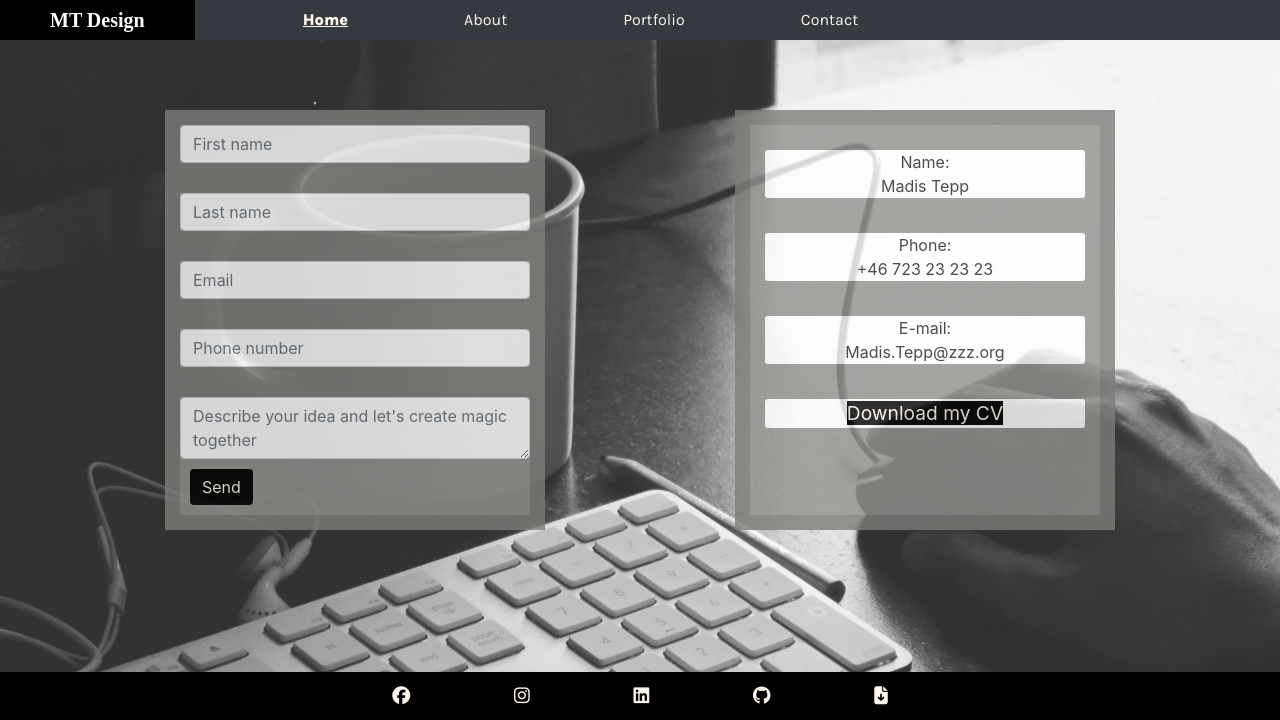
Repository: teppm/personal-portfolio
Page: contact.html
The author's editor kept a record of every edit. The page is drawn from the files as they stood at one moment, then again after the next edit.
The browser window is 1280 px wide. The pictures show the whole page.
Some web libraries are served in a nearby version.

Above is the page before.

### contact.html
<!DOCTYPE html>
<html lang="en">

<head>
    <meta charset="UTF-8">
    <meta name="viewport" content="width=device-width, initial-scale=1.0, shrink-to-fit=no">
    <meta http-equiv="X-UA-Compatible" content="ie=edge">
    <link rel="stylesheet " href="https://stackpath.bootstrapcdn.com/bootstrap/4.3.1/css/bootstrap.min.css" integrity="sha384-ggOyR0iXCbMQv3Xipma34MD+dH/1fQ784/j6cY/iJTQUOhcWr7x9JvoRxT2MZw1T" crossorigin="anonymous">
    <link href="https://fonts.googleapis.com/css?family=Karla:200,200i,400,400i,700,700i,800,800i&display=swap" rel="stylesheet">
    <link rel="stylesheet" href="assets/css/style.css" type="text/css" />
    <title>Madis Tepp</title>
</head>


<body>

<!--navbar-->

<nav class="navbar navbar-expand-lg fixed-top navbar-dark bg-dark">
    <a class="navbar-brand" href="index.html">MT Design</a>
    <button class="navbar-toggler" type="button" data-toggle="collapse" data-target="#navbarSupportedContent" aria-controls="navbarSupportedContent" aria-expanded="false" aria-label="Toggle navigation">
    <span class="navbar-toggler-icon"></span>
    </button>

    <div class="collapse navbar-collapse" id="navbarSupportedContent">
        <ul class="navbar-nav mr-auto">
            <li class="nav-item  active">
                <a class="nav-link" href="index.html">Home<span class="sr-only">(current)</span></a>
            </li>
            <li class="nav-item ">
                <a class="nav-link" href="aboutme.html">About</a>
            </li>
            <li class="nav-item">
                <a class="nav-link" href="portfolio.html">Portfolio</a>
            </li>
            <li class="nav-item">
                <a class="nav-link" href="contact.html">Contact</a>
            </li>
        </ul>
    </div>
</nav>

<!--navbar end-->
<main>
    <div class="container">
        <div class="row justify-content-around">


            <!--contact form-->


            <div class="col-lg-4 col-sm-12 form-style">
                <form>
                    <div class="contact-page-style">
                        <input type="text" class="form-control" placeholder="First name" required>
                    </div>
                    <div class="contact-page-style">
                        <input type="text" class="form-control" placeholder="Last name" required>
                    </div>
                    <div class="contact-page-style">

                        <input type="email" class="form-control" placeholder="Email" required>
                    </div>
                    <div class="contact-page-style">
                        <input type="tel" class="form-control" placeholder="Phone number" required>
                    </div>
                    <div class="contact-page-style">
                        <textarea class="form-control" placeholder="Describe your idea and let's create magic together" required></textarea>
                        <button class="btn btn-primary" type="submit">Send</button>
                    </div>
                </form>
            </div>

            <!--contact form end-->


            <!--contact details-->

            <div class="col-lg-4 col-sm-12 contact-page-style contact-details-style">
                <ul class="contact-list">
                        <li class="contact-details">Name: <br>Madis Tepp</li>

                    <div class="contact-details">
                        <li>Phone:</li>
                        <li>+46 723 23 23 23</li>
                    </div>
                    <div class="contact-details">
                        <li>E-mail:</li>
                        <li>Madis.Tepp@zzz.org</li>
                    </div>
                    <div class="contact-details">
                        <a href="assets/images/Madis_Tepp_CV_2019.docx" target="_blank" class="download-resume">Download my CV</a>
                    </div>
                </ul>
            </div>

            <!--contact details end-->

        </div>
    </div>
</main>

<!--footer section starts here-->


    <footer class="footer fixed-bottom container-fluid">
        <a href="https://www.facebook.com/madis.tepp" target="_blank" title="Visit my Facebook pages"><i class="fab fa-facebook social-links"></i></a>
        <span class="sr-only ">Facebook</span>
        <a href="https://www.instagram.com/teppm/" target="_blank" title="Visit my Instagram account"><i class="fab fa-instagram social-links"></i></a>
        <span class="sr-only ">Instagram</span>
        <a href="https://www.linkedin.com/in/madis-tepp-1a0283b1/" target="_blank" title="Visit my Linkedin account"><i class="fab fa-linkedin social-links"></i></a>
        <span class="sr-only ">Linkedin</span>
        <a href="https://github.com/teppm " target="_blank" title="Visit my GitHub account"><i class="fab fa-github social-links"></i></a>
        <span class="sr-only ">GitHub</span>
        <a href="assets/images/Madis_Tepp_CV_2019.docx" target="_blank" title="Download my resume"><i class="fas fa-file-download social-links"></i></a>
        <span class="sr-only">Resume</span>
    </footer>


<!--footer section ends-->


<!--scrips-->

    <script src="https://code.jquery.com/jquery-3.2.1.slim.min.js" integrity="sha384-KJ3o2DKtIkvYIK3UENzmM7KCkRr/rE9/Qpg6aAZGJwFDMVNA/GpGFF93hXpG5KkN" crossorigin="anonymous"></script>
    <script src="https://cdnjs.cloudflare.com/ajax/libs/popper.js/1.12.9/umd/popper.min.js" integrity="sha384-ApNbgh9B+Y1QKtv3Rn7W3mgPxhU9K/ScQsAP7hUibX39j7fakFPskvXusvfa0b4Q" crossorigin="anonymous"></script>
    <script src="https://maxcdn.bootstrapcdn.com/bootstrap/4.0.0/js/bootstrap.min.js" integrity="sha384-JZR6Spejh4U02d8jOt6vLEHfe/JQGiRRSQQxSfFWpi1MquVdAyjUar5+76PVCmYl" crossorigin="anonymous"></script>
    <script src="https://kit.fontawesome.com/adecd2bab8.js"></script>
</body>
</html>

### assets/css/style.css
/*----------------------------html*/

html {
    background-image: url("../images/rayi-christian-wicaksono-6PF6DaiWz48-unsplash.jpg");
    background-repeat: no-repeat;
    background-color: black;
    background-size: cover;
    min-width: 100%;
    min-height: 100%;
    overflow-y: auto;



}

/*---------------------------------body*/

body {

    background-color: transparent;
    padding-bottom: 60px;
    padding-top: 60px;
}


/*---------------------------------navbar*/

.navbar {
    font-family: "Karla", sans-serif;
    font-weight: bolder;
    color: #FEF6EA;
    padding: 0px;
}



.navbar-dark .navbar-nav .nav-link {
    color: #FEF6EA;
    font-weight: normal;
}

.navbar-dark .navbar-nav .nav-link:hover {
    color: #E8FF00;
}

.navbar-dark .navbar-nav .active>.nav-link {
    color: #FEF6EA;
    font-weight: bolder;
    text-decoration: underline;

}

.navbar-dark>.navbar-brand {
    background-color: #000000;
    margin-right: 50px;
    padding-right: 50px;
    padding-left: 50px;
    color: #E8FF00;
    font-family: "Caveat", cursive;

}

.nav-link {
    margin: 0px 50px 0px 50px;
}
.navbar.navbar-expand-lg.fixed-top.navbar-dark {
    background-color: #000000;
}


/*----------------------------------index.html page content*/

.index-text-style {
    color: #FEF6EA;
    text-align: center;
    background-color: #91918E;
    opacity: 0.8;
    border: 15px solid #7D7D7A;
    margin: 0px 15px 0px 15px;
}

.embed-responsive {
    width: 70%;
    opacity: 0.9;
}


/*--------------------------------------about.html page content*/

.about,
.skills,
.work-history {
    background-color: #91918E;
    border: 15px solid #7D7D7A;
    padding-bottom: 25px;
    padding-top: 25px;
    opacity: 0.8;
    margin: 0px 15px 0px 15px;
    color: #FEF6EA;




}

.about-image {
    width: 100%;
    height: 100%;
    border: 15px solid #7D7D7A;



}

.about-image-container {
    padding-left: 0px;
    padding-right: 0px;
    margin: 0px 15px 0px 15px;

}



.work-history-style {
    padding-left: 0px;
}

.about-me-p {
    margin: 0px;
    font-size: small;
    text-align: left;
    color: #FEF6EA;

}

.progress {
    background-color: #5e6164;
}

.progress-bar {
    background-color: #000000;
}

h4 {
    text-decoration: underline;
}

h6 {
    margin-top: 10px;
    margin-bottom: 0px;
}

/*---------------------------------portfolio page content*/

.works-done {
    background-color: #91918E;
    border: 15px solid #7D7D7A;
    opacity: 0.8;
    font-size: small;
    padding-bottom: 70px;
    margin: 0px 15px 0px 15px;


}

.portfolio-p {
    margin-top: 15px;
    text-align: center;
    color: #FEF6EA;

}

.portfolio-image {
    width: 100%;
    height: 100%;
    padding-bottom: 35px;
}

.portfolio-heading {
    margin-bottom: 50px;
    color: #FEF6EA;
    text-align: center;
}

/*---------------------------------contact page content*/

.contact-page-style {
    background-color: #91918E;
    border: 15px solid #7D7D7A;
    opacity: 0.8;


}

.contact-p {
    background-color: #91918E;
    text-align: center;
    font-weight: bold;
    opacity: 0.8;
    color: #FEF6EA;
}


.btn {
    background-color: black;
    border: 15px black;
    color: #FEF6EA;
    margin: 10px;
}

.btn:hover {
    color: #960A03;
    background-color: black;
}

.btn:visited {
    color: #960A03;
    color: #E8FF00;
}

.contact-details {
    background-color: white;
    margin-top: 25px;
    margin-bottom: 35px;
    text-align: center;
    border-radius: 3px;
}

.download-resume {
    color: #FEF6EA;
    font-size: larger;
    background-color: black;
    width: 100%;


}

.download-resume:hover {
    text-decoration: none;
    color: #E8FF00;
}

.contact-list {
    padding-left: 0px;

}

.form-style {
    padding:0px;

}


/*---------------------------------footer*/

.social-links {
    color: #FEF6EA;
    font-size: large;
    transition: all;
    transition-timing-function: ease-in-out;
    margin: 15px 50px 15px 50px;


}

.social-links:hover {
    color: #E8FF00;
    text-decoration: none;


}

.footer {
    font-family: "Karla", sans-serif;
    text-align: center;
    bottom: 0px;
    background-color: #000000;

}


/*--------------------------------------list*/

li {
    list-style-type: none;
    text-align: center;
}





/*--------------------------------------img-fluid*/

.img-fluid {
    max-width: 100%;
    height: auto;
}




/*------------------------------------------container*/

.container {

    margin-top: 50px;

}



/*----------------------------------------------media query--*/

@media (max-width:767px) {
    .social-links {
        margin: 15px;
    }

}

@media (max-width:1024px) {
    .works-done {
        padding-bottom: 100px;

    }

    .contact-details-style {
        margin-left: 15px;
        margin-right: 15px;

    }

    .embed-responsive {
        width: 90%;
    }
}

@media (max-with:576px) {
     .form-style {
         padding-left:15px;
        padding-right: 15px;

}
}

After the next edit:
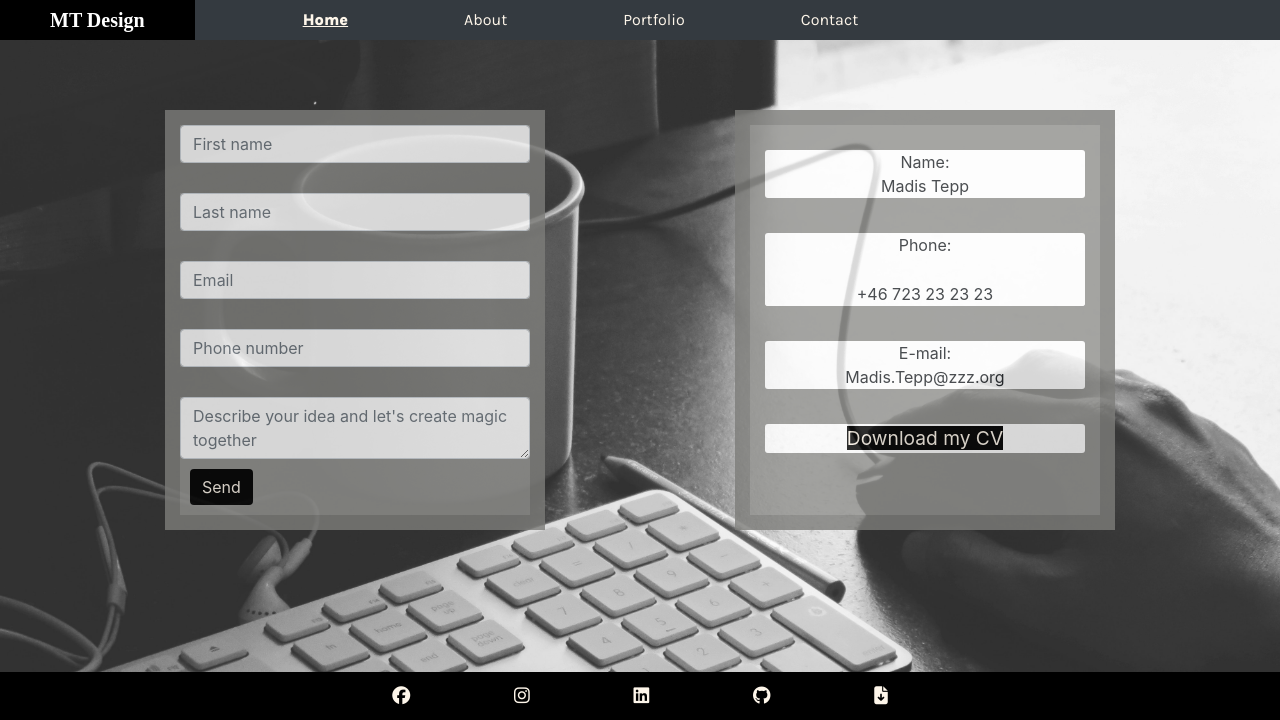
The edit:
--- a/contact.html
+++ b/contact.html
@@ -82,7 +82,7 @@
 
                     <div class="contact-details">
                         <li>Phone:</li>
-                        <li>+46 723 23 23 23</li>
+                        <li class="contact-details">+46 723 23 23 23</li>
                     </div>
                     <div class="contact-details">
                         <li>E-mail:</li>
